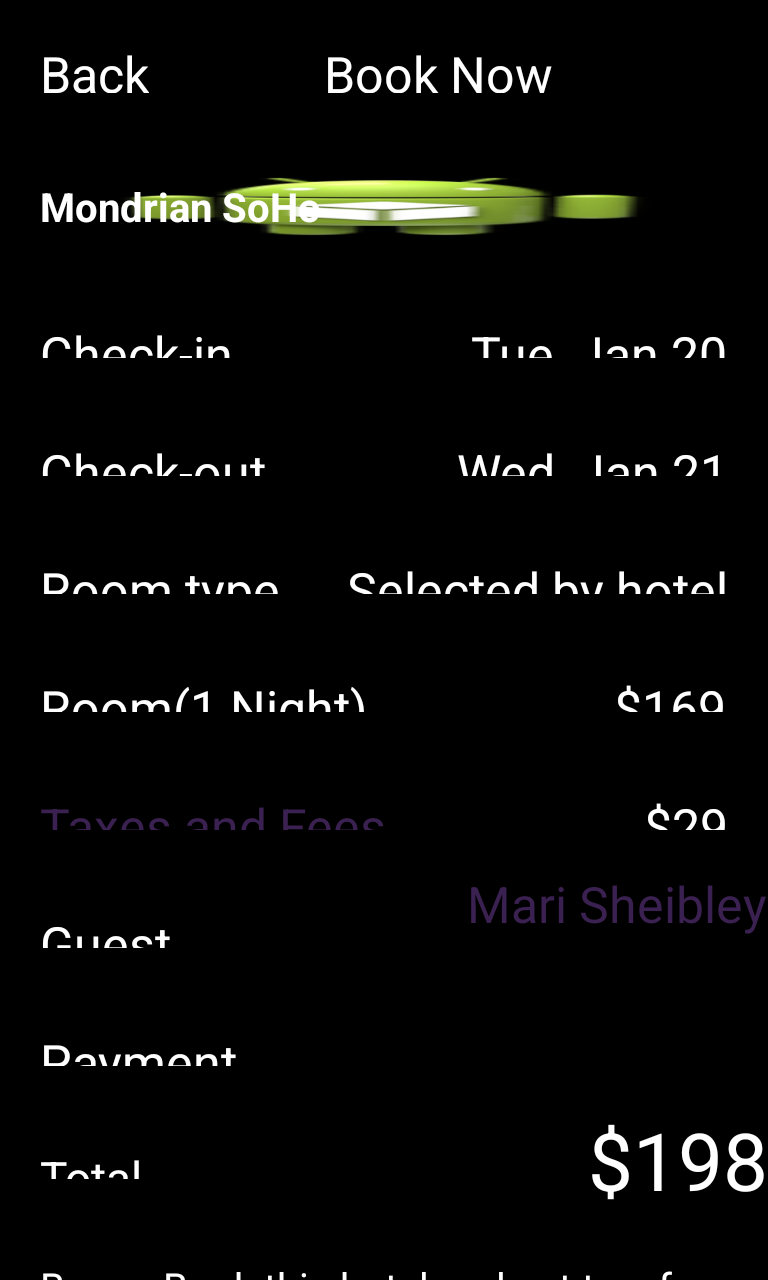
Repository: RibuRoyson/exercise
Layout: exercise8/res/layout/exercise8.xml
The author's editor kept a copy of each file at every save. The layout is drawn from the files as they stood at one save, then again after the next save.
It is drawn on a 768 x 1280 px phone screen (xhdpi) without system bars, with theme AppTheme; the app's code is not run.

Above is the layout before, as saved 2015-02-16 04:31:43.

### exercise8/res/layout/exercise8.xml
<?xml version="1.0" encoding="utf-8"?>
<RelativeLayout xmlns:android="http://schemas.android.com/apk/res/android"
    android:layout_width="match_parent"
    android:layout_height="match_parent"
    android:background="#000000" >

    <LinearLayout
        android:layout_width="match_parent"
        android:layout_height="match_parent"
        android:orientation="vertical"
        android:weightSum="13.5" >

        <LinearLayout
            android:layout_width="match_parent"
            android:layout_height="wrap_content"
            android:orientation="horizontal"
            android:layout_weight="0.5"
            android:padding="20dp" >

            <TextView
                android:layout_width="wrap_content"
                android:layout_height="wrap_content"
                android:text="Back"
                android:textSize="25sp"
                 android:textColor="#ffffff" />

            <TextView
                android:layout_width="match_parent"
                android:layout_height="wrap_content"
                android:text="Book Now"
                android:gravity="center"
                android:textSize="25sp"
                 android:textColor="#ffffff" />
        </LinearLayout>

        <LinearLayout
            android:layout_width="match_parent"
            android:layout_height="wrap_content"
            android:orientation="horizontal"
            android:layout_weight="1.0"
            android:padding="20dp">

            <TextView
                android:layout_width="match_parent"
                android:layout_height="wrap_content"
                android:background="@drawable/ic_launcher"
                android:gravity="center|left"
                android:text="Mondrian SoHo"
                android:textSize="20sp"
                android:textStyle="bold"
                 android:textColor="#ffffff" />
        </LinearLayout>

        <LinearLayout
            android:layout_width="match_parent"
            android:layout_height="wrap_content"
            android:orientation="horizontal"
            android:weightSum="2.0"
            android:layout_weight="1.0"
            android:padding="20dp" >

            <TextView
                android:layout_width="wrap_content"
                android:layout_height="match_parent"
                android:layout_weight="0.99"
                android:text="Check-in"
                android:textSize="25sp"
                android:gravity="center|start"
                android:textColor="#ffffff" />

            <TextView
                android:layout_width="wrap_content"
                android:layout_height="match_parent"
                android:layout_weight="1"
                android:gravity="center|end"
                 android:textSize="25sp"
                android:text="Tue, Jan 20"
                android:textColor="#ffffff" />

        </LinearLayout>

        <LinearLayout
            android:layout_width="match_parent"
            android:layout_height="wrap_content"
            android:orientation="horizontal"
             android:weightSum="2.0"
              android:layout_weight="1.0">

            <TextView
                android:layout_width="wrap_content"
                android:layout_height="match_parent"
                android:layout_weight="1.00"
                android:text="Check-out"
                 android:textSize="25sp"
                android:textColor="#ffffff"
                android:padding="20dp" />

            <TextView
                android:layout_width="wrap_content"
                android:layout_height="match_parent"
                android:layout_weight="1.00"
                android:padding="20dp"
                android:gravity="end"
                 android:textSize="25sp"
                android:text="Wed, Jan 21"
                android:textColor="#ffffff" />

        </LinearLayout>

        <LinearLayout
            android:layout_width="match_parent"
            android:layout_height="wrap_content"
            android:orientation="horizontal"
             android:weightSum="2.0"
              android:layout_weight="1.0"
              android:padding="20dp">

            <TextView
                android:layout_width="wrap_content"
                android:layout_height="match_parent"
                android:layout_weight="0.99"
                android:text="Room type"
                  android:gravity="center|start"
                   android:textSize="25sp"
                android:textColor="#ffffff" />

            <TextView
                android:layout_width="wrap_content"
                android:layout_height="match_parent"
                android:layout_weight="1"
                android:gravity="center|end"
                 android:textSize="25sp"
                android:text="Selected by hotel"
                android:textColor="#ffffff" />

        </LinearLayout>

        <LinearLayout
            android:layout_width="match_parent"
            android:layout_height="wrap_content"
            android:orientation="horizontal"
             android:weightSum="2.0"
              android:layout_weight="1.0"
              android:padding="20dp">

            <TextView
                android:layout_width="wrap_content"
                android:layout_height="match_parent"
                android:layout_weight="0.99"
                android:text="Room(1 Night)"
                 android:textSize="25sp"
                android:textColor="#ffffff" />

            <TextView
                android:layout_width="wrap_content"
                android:layout_height="match_parent"
                android:layout_weight="1"
                android:gravity="end"
                android:text="$169"
                 android:textSize="25sp"
                android:textColor="#ffffff" />

        </LinearLayout>

        <LinearLayout
            android:layout_width="match_parent"
            android:layout_height="wrap_content"
            android:orientation="horizontal"
             android:weightSum="2.0"
              android:layout_weight="1.0"
              android:padding="20dp" >

            <TextView
                android:layout_width="wrap_content"
                android:layout_height="match_parent"
                android:layout_weight="1.00"
                android:text="Taxes and Fees"
                 android:textSize="25sp"
                android:textColor="#3B2151"
                />

            <TextView
                android:layout_width="wrap_content"
                android:layout_height="match_parent"
                android:layout_weight="1.00"
                android:gravity="end"
                 android:textSize="25sp"
                android:text="$29"
                android:textColor="#ffffff" />

        </LinearLayout>

        <LinearLayout
            android:layout_width="match_parent"
            android:layout_height="wrap_content"
            android:orientation="horizontal"
             android:weightSum="2.0"
              android:layout_weight="1.0">

            <TextView
                android:layout_width="wrap_content"
                android:layout_height="match_parent"
                android:layout_weight="0.99"
                android:text="Guest"
                android:textColor="#ffffff"
                 android:textSize="25sp"
                android:padding="20dp"/>

            <TextView
                android:layout_width="wrap_content"
                android:layout_height="match_parent"
                android:layout_weight="1"
                android:gravity="end"
                android:text="Mari Sheibley"
                 android:textSize="25sp"
                android:textColor="#3B2151" />

        </LinearLayout>

        <LinearLayout
            android:layout_width="match_parent"
            android:layout_height="wrap_content"
            android:orientation="horizontal"
             android:weightSum="2.0"
              android:layout_weight="1.0"
              android:padding="20dp" >

            <TextView
                android:layout_width="wrap_content"
                android:layout_height="match_parent"
                android:layout_weight="1.00"
                android:text="Payment"
                 android:textSize="25sp"
                android:textColor="#ffffff" />

        </LinearLayout>

        <LinearLayout
            android:layout_width="match_parent"
            android:layout_height="wrap_content"
            android:orientation="horizontal"
             android:weightSum="2.0"
              android:layout_weight="1.0" >

            <TextView
                android:layout_width="wrap_content"
                android:layout_height="match_parent"
                android:layout_weight="1.00"
                android:text="Total"
                android:textColor="#ffffff"
                android:textSize="23sp"
                android:padding="20dp"/>

            <TextView
                android:layout_width="wrap_content"
                android:layout_height="match_parent"
                android:layout_weight="1"
                android:gravity="end"
                android:text="$198"

                android:textColor="#ffffff"
                android:textSize="40sp" />

        </LinearLayout>

        <LinearLayout
            android:layout_width="match_parent"
            android:layout_height="wrap_content"
            android:orientation="horizontal"
             android:layout_weight="2.0"
             android:padding="20dp"
            >

            <TextView
                android:layout_width="match_parent"
                android:layout_height="match_parent"
                android:text="Bonus:Book this hotel and get two free drinksat the bar with your stay"
                android:textSize="20sp"
                android:textColor="#ffffff" />

        </LinearLayout>

        <LinearLayout
            android:layout_width="match_parent"
            android:layout_height="0dp"
            android:layout_gravity="bottom"
            android:orientation="horizontal"
             android:layout_weight="1.0"
             android:background="#3B2151" >

            <TextView
                android:layout_width="match_parent"
                android:layout_height="match_parent"
                android:layout_gravity="bottom"
                android:gravity="center"
                android:text="ADD PAYMENT INFO"
                android:textColor="#ffffff" />

        </LinearLayout>
    </LinearLayout>

</RelativeLayout>

Loaded but not shown: exercise8/res/values/styles.xml (common file); exercise8/res/values-v11/styles.xml (common file); exercise8/res/values-v14/styles.xml (common file)

After the next save:
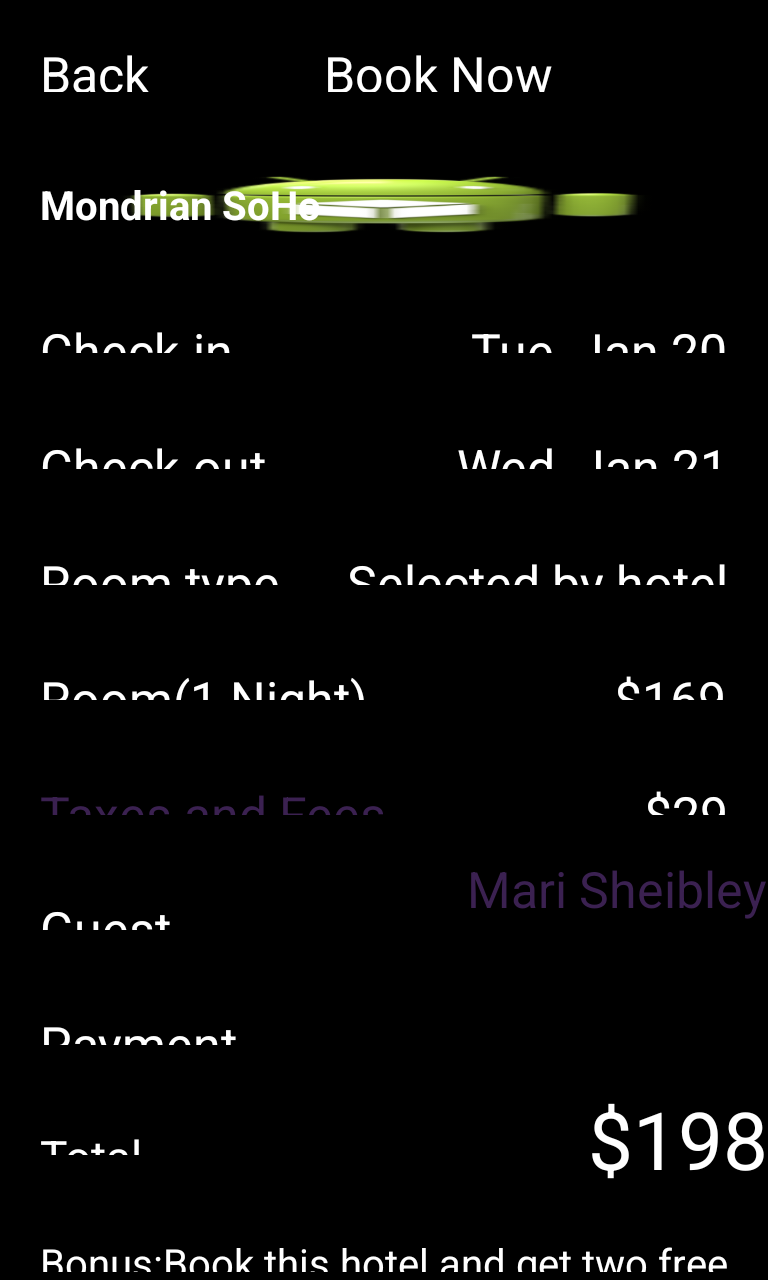
Saved 8 s later.
--- a/exercise8/res/layout/exercise8.xml
+++ b/exercise8/res/layout/exercise8.xml
@@ -8,7 +8,7 @@
         android:layout_width="match_parent"
         android:layout_height="match_parent"
         android:orientation="vertical"
-        android:weightSum="13.5" >
+        android:weightSum="12.5" >
 
         <LinearLayout
             android:layout_width="match_parent"
